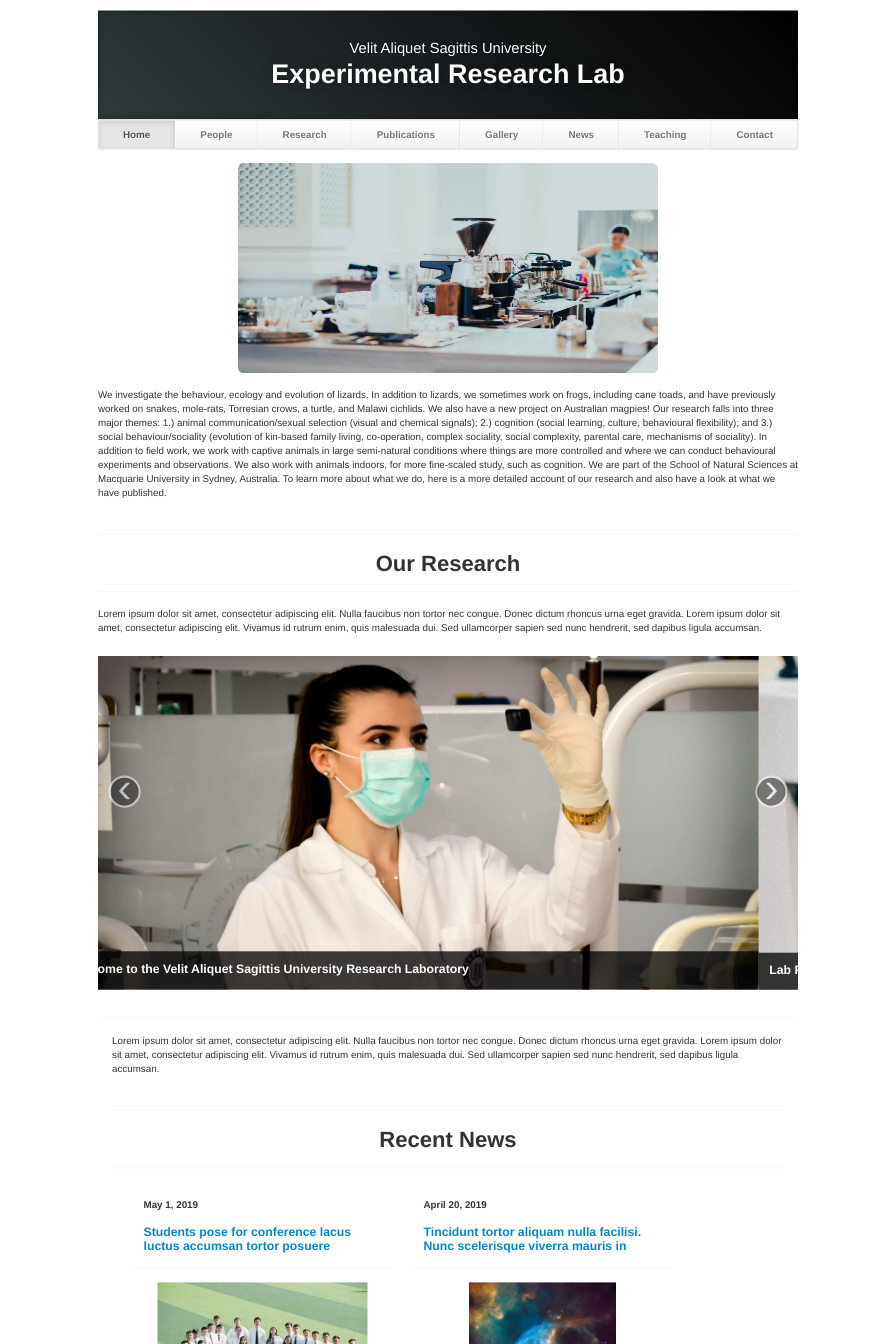
Repository: IAEUC/iaeuc.github.io
Page: index.html
An editor plug-in stored every save of this project. The page is shown before and after the next save, followed by the edit.
The browser window is 1280 px wide. The pictures show the part of the page from y = 0 to 1920 px (the page is 3500 px tall), at 70% of full size.

Above is the page before, as saved 2025-08-07 17:23:38.

### index.html
<!DOCTYPE html>
<html lang="en">
   <head>
      <meta charset="utf-8">
      <title>Generic Research Lab Template - Home</title>
      <meta name="viewport" content="width=device-width, initial-scale=1.0">
      <meta name="description" content="Research Lab, Home, Velit Aliquet Sagittis University">
      <meta name="author" content="">
      <!-- Le styles -->
      <link href="css/bootstrap.min.css" rel="stylesheet">
      <link href="css/bootstrap-responsive.min.css" rel="stylesheet">
      <link href="css/theme.css" rel="stylesheet">
   </head>
   <body>
      <div class="container">
         <header class="jumbotron subhead" id="overview">
            <p class="lead"> Velit Aliquet Sagittis University </p>
            <h1>Experimental Research Lab</h1>
         </header>
         <div class="masthead">
            <div class="navbar">
               <div class="navbar-inner">
                  <div class="container">
                     <ul class="nav">
                        <li class="active"><a href="#">Home</a></li>
                        <li><a href="people.html">People</a></li>
                        <li><a href="research.html">Research</a></li>
                        <li><a href="publications.html">Publications</a></li>
                        <li><a href="gallery.html">Gallery</a></li>
                        <li><a href="news.html">News</a></li>
                        <li><a href="teaching.html">Teaching</a></li>
                        <li><a href="contact.html">Contact</a></li>
                     </ul>
                  </div>
               </div>
            </div>
         </div>

         <div class="row-fluid">
            <div class="span12">
                              <div class="centered" style="margin-bottom: 20px;">
                                 <img src="images/lab-photo.jpg" alt="Research Laboratory" style="max-height: 300px; width: 600px; border-radius: 8px;">
                              </div>
                              <p>
                                We investigate the behaviour, ecology and evolution of lizards. In addition to lizards, we sometimes work on frogs, including cane toads, and have previously worked on snakes, mole-rats, Torresian crows, a turtle, and Malawi cichlids. We also have a new project on Australian magpies! Our research falls into three major themes: 1.) animal communication/sexual selection (visual and chemical signals); 2.) cognition (social learning, culture, behavioural flexibility); and 3.) social behaviour/sociality (evolution of kin-based family living, co-operation, complex sociality, social complexity, parental care, mechanisms of sociality).

                                 In addition to field work, we work with captive animals in large semi-natural conditions where things are more controlled and where we can conduct behavioural experiments and observations. We also work with animals indoors, for more fine-scaled study, such as cognition.

                                 We are part of the School of Natural Sciences at Macquarie University in Sydney, Australia. To learn more about what we do, here is a more detailed account of our research and also have a look at what we have published.
                              </p>
                              <br/>
                           </div>
         </div>
         <div class="row-fluid">
                  <hr>
                  <h2 class="centered">Our Research</h2>
                  <hr>
         </div>
         <div class="row-fluid">
            <div class="span12">
                              <p>
                                 Lorem ipsum dolor sit amet, consectetur adipiscing elit. Nulla faucibus non tortor nec congue.
                                 Donec dictum rhoncus urna eget gravida. Lorem ipsum dolor sit amet, consectetur adipiscing elit.
                                 Vivamus id rutrum enim, quis malesuada dui. Sed ullamcorper sapien sed nunc hendrerit, sed dapibus
                                 ligula accumsan.
                              </p>
                              <br/>
                           </div>
         </div>

         <div class="row-fluid">
            <div class="span12">
               <div id="main-carousel" class="carousel slide">
                  <div class="carousel-inner">
                     <div class="item active">
                        <img src="images/ani-kolleshi-crop3.JPG" class="carousel-image" alt="">
                        <div class="carousel-caption">
                           <h4>Welcome to the Velit Aliquet Sagittis University Research Laboratory</h4>
                           <!-- -->
                           <p></p>
                        </div>
                     </div>
                     <div class="item">
                        <img src="images/microscope-crop1.JPG" class="carousel-image" alt="">
                        <div class="carousel-caption">
                           <h4>Lab Photos</h4>
                           <p></p>
                        </div>
                     </div>
                     <div class="item">
                        <img src="images/building-crop1.JPG" class="carousel-image" alt="">
                        <div class="carousel-caption">
                           <h4>Main Building Photo</h4>
                           <p></p>
                        </div>
                     </div>
                  </div>
                  <a class="left carousel-control" href="#main-carousel" data-slide="prev">‹</a>
                  <a class="right carousel-control" href="#main-carousel" data-slide="next">›</a>
               </div>
            </div>
         </div>
         <hr>
         <div class="container-fluid">
            <div class="row-fluid marketing">
               <div class="span12">
                  <p>
                     Lorem ipsum dolor sit amet, consectetur adipiscing elit. Nulla faucibus non tortor nec congue.
                     Donec dictum rhoncus urna eget gravida. Lorem ipsum dolor sit amet, consectetur adipiscing elit.
                     Vivamus id rutrum enim, quis malesuada dui. Sed ullamcorper sapien sed nunc hendrerit, sed dapibus
                     ligula accumsan.
                  </p>
                  <br/>
               </div>
            </div>
               <div class="row-fluid">
                  <hr>
                  <h2 class="centered">Recent News</h2>
                  <hr>
               </div>
               <div class="span4 feature-item">
                  <h5> <span class="date"> May 1, 2019 </span> </h5>
                  <h4 class="feature-heading">
                     <a href="https://unsplash.com/photos/CPmrdbbpnXg">
                     Students pose for conference lacus luctus accumsan tortor posuere
                     </a>
                     <br/>
                  </h4>
                  <hr>
                  <div class="centered">
                     <a href="https://unsplash.com/photos/CPmrdbbpnXg">
                     <img src="thumbs/jerry-zhang-1281608-unsplash.jpg" alt=""></a>
                  </div>
                  <hr>
                  <p>
                     Lorem ipsum dolor sit amet, consectetur adipiscing elit, sed do eiusmod tempor incididunt ut labore et
                     dolore magna aliqua.
                     Find the proceedings <a href="https://unsplash.com/photos/CPmrdbbpnXg">here</a>.
                  </p>
                  <br/>
                  <br/>
               </div>
               <div class="span4 feature-item">
                  <h5> <span class="date">April 20, 2019</span> </h5>
                  <h4 class="feature-heading">
                     <a href="https://unsplash.com/photos/rTZW4f02zY8">
                     Tincidunt tortor aliquam nulla facilisi. Nunc scelerisque viverra mauris in
                     </a>
                  </h4>
                  <hr>
                  <div class="centered">
                     <a href="https://unsplash.com/photos/rTZW4f02zY8">
                     <img src="thumbs/nasa-89125-unsplash.jpg" alt="">
                     </a>
                  </div>
                  <hr>
                  <p>
                     Read the paper
                     <a href="https://unsplash.com/photos/rTZW4f02zY8">here</a>.
                     Consequat semper viverra nam libero justo laoreet. Commodo odio aenean sed adipiscing diam donec.
                  </p>
                  <br/>
               </div>
               <div class="row-fluid">
                  <div class="span4 feature-item">
                     <h5> <span class="date">October 2, 2018</span> </h5>
                     <h4 class="feature-heading">
                        <a href="http://mechanical.illinois.edu/news/miljkovic-pleased-join-%E2%80%98powerhouse%E2%80%99-illinois">
                        Pretium lectus quam id leo in vitae turpis massa
                        <br/>
                        <br/>
                        </a>
                     </h4>
                     <hr>
                     <div class="centered">
                        <a href="https://unsplash.com/photos/WNk-f-TnZDw">
                        <img src="thumbs/rodolfo-cuadros-762364-unsplash.jpg" alt=""></a>
                     </div>
                     <hr>
                     <p>
                        Tristique senectus et netus et malesuada. Sed viverra tellus in hac habitasse platea dictumst vestibulum rhoncus.
                        Read it <a href="https://unsplash.com/photos/WNk-f-TnZDw">here</a>.
                     </p>
                     <br/>
                  </div>
               </div>
               <hr>
            </div>
            <div class="row-fluid">
               <div class="span4 feature-item">
                  <h4 class="feature-heading"><a href="https://unsplash.com/photos/QvbLjB9pHLM">Lorem ipsum dolor sit amet, consectetur adipiscing elit. Ut sit amet ultrices velit habitasse platea</a></h4>
                  <hr>
                  <div class="centered">
                     <a href="https://unsplash.com/photos/QvbLjB9pHLM"><img src="thumbs/ivanov-crop.JPG" alt=""></a>
                  </div>
                  <hr>
                  <p>Aecenas consectetur vestibulum orci ut vulputate. Aenean cursus finibus pulvinar <a href="https://unsplash.com/photos/QvbLjB9pHLM">here</a>. </p>
                  <br/>
               </div>
               <div class="span4 feature-item">
                  <h4 class="feature-heading"><a href="https://unsplash.com/photos/lQGJCMY5qcM">Maecenas placerat ullamcorper eros a vehicula. Duis mollis tortor ut elit elementum</a></h4>
                  <hr>
                  <div class="centered">
                     <a href="https://unsplash.com/photos/lQGJCMY5qcM"><img src="thumbs/beaker-crop.JPG" alt=""></a>
                  </div>
                  <hr>
                  <p>Read the paper <a href="https://unsplash.com/photos/lQGJCMY5qcM">here</a> </p>
               </div>
               <div class="span4 feature-item">
                  <h4 class="feature-heading"><a href="https://unsplash.com/photos/QCbZ4ASLhM8">Fusce tempor placerat felis, et placerat sapien lacinia sit amet<br/><br/><br/></a></h4>
                  <hr>
                  <div class="centered">
                     <a href="https://unsplash.com/photos/QCbZ4ASLhM8"><img src="thumbs/sato-chart.JPG" alt=""></a>
                  </div>
                  <hr>
                  <p> Aenean posuere, nulla ut placerat fringilla, dolor dolor pellentesque metus. Read the paper <a href="https://unsplash.com/photos/QCbZ4ASLhM8">here</a>.</p>
                  <br/>
                  <br/>
                  <br/>
               </div>
            </div>
         </div>
      </div>
      <footer id="footer">
         <div class="container-fluid">
            <div class="row-fluid">
               <div class="span5">
                  <h3>Contact Information</h3>
                  <p><b>Office Hours: </b>Monday-Friday (8.00am - 5.00pm)</p>
                  <p><b>Phone: </b>999-999-9999</p>
                  <p><b>Cell: </b>999-999-9999</p>
                  <a href="mailto:your.email@uni.edu">Email</a>
               </div>
               <div class="span2">
                  <a href="https://mybrandnewlogo.com/"><img src = "thumbs/generic-logo.JPG" alt="research-lab-logo"/></a>
               </div>
               <div class="span5">
                  <h3>Address</h3>
                  <p>9999 Generic Research Laboratory<br>
                     999 Fake Street Avenue<br>
                     City, State<br>
                     Country ZIP
                  </p>
                  <a href="http://maps.google.com/">Show Map</a>
               </div>
            </div>
         </div>
      </footer>

      <!-- Javascript files -->
      <script src="js/jquery-1.9.1.min.js"></script>
      <script src="js/bootstrap.min.js"></script>
      <script> $('#main-carousel').carousel(); </script>
   </body>
</html>

### css/theme.css
body {
	padding-top: 15px;
	padding-bottom: 0px;
}


/* Custom container */

.container {
	margin: 0 auto;
	max-width: 1000px;
}

.container>hr {
	margin: 20px 0
}


/* Customize the navbar links to be fill the entire space of the .navbar */

.navbar .navbar-inner {
	padding: 0
}

.navbar .nav {
	margin: 0;
	display: table;
	width: 100%;
}

.navbar .nav li {
	display: table-cell;
	width: 1%;
	float: none;
}

.navbar .nav li a {
	font-weight: bold;
	text-align: center;
	border-left: 1px solid rgba(255, 255, 255, .75);
	border-right: 1px solid rgba(0, 0, 0, .1);
}

.navbar .nav li:first-child a {
	border-left: 0;
	border-radius: 3px 0 0 3px;
}

.navbar .nav li:last-child a {
	border-right: 0;
	border-radius: 0 3px 3px 0;
}

body>.navbar {
	font-size: 13px
}


/* Change the docs' brand */

body>.navbar .brand {
	padding-right: 0;
	padding-left: 0;
	margin-left: 20px;
	float: right;
	font-weight: bold;
	color: #000;
	text-shadow: 0 1px 0 rgba(255, 255, 255, .1), 0 0 30px rgba(255, 255, 255, .125);
	-webkit-transition: all .2s linear;
	-moz-transition: all .2s linear;
	transition: all .2s linear;
}

body>.navbar .brand:hover {
	text-decoration: none;
	text-shadow: 0 1px 0 rgba(255, 255, 255, .1), 0 0 30px rgba(255, 255, 255, .4);
}


/* Sidenav for Docs
         -------------------------------------------------- */

@media screen and (max-width: 768px) {
	.bs-docs-sidenav {
		display: none !important;
	}
}

.bs-docs-sidenav {
	width: 228px;
	margin: 30px 0 0;
	padding: 0;
	background-color: #fff;
	-webkit-border-radius: 6px;
	-moz-border-radius: 6px;
	border-radius: 6px;
	-webkit-box-shadow: 0 1px 4px rgba(0, 0, 0, .065);
	-moz-box-shadow: 0 1px 4px rgba(0, 0, 0, .065);
	box-shadow: 0 1px 4px rgba(0, 0, 0, .065);
}

.bs-docs-sidenav>li>a {
	display: block;
	width: 200px;
	margin: 0 0 -1px;
	padding: 8px 14px;
	border: 1px solid #e5e5e5;
}

.bs-docs-sidenav>li>a.subhead {
	display: block;
	width: 168px;
	margin: 0 0 -1px;
	padding: 8px 30px;
	border: 1px solid #e5e5e5;
	font-size: 12px;
}

.bs-docs-sidenav>li:first-child>a {
	-webkit-border-radius: 6px 6px 0 0;
	-moz-border-radius: 6px 6px 0 0;
	border-radius: 6px 6px 0 0;
}

.bs-docs-sidenav>li:last-child>a {
	-webkit-border-radius: 0 0 6px 6px;
	-moz-border-radius: 0 0 6px 6px;
	border-radius: 0 0 6px 6px;
}

.bs-docs-sidenav>.active>a {
	position: relative;
	z-index: 2;
	padding: 9px 15px;
	border: 0;
	text-shadow: 0 1px 0 rgba(0, 0, 0, .15);
	-webkit-box-shadow: inset 1px 0 0 rgba(0, 0, 0, .1), inset -1px 0 0 rgba(0, 0, 0, .1);
	-moz-box-shadow: inset 1px 0 0 rgba(0, 0, 0, .1), inset -1px 0 0 rgba(0, 0, 0, .1);
	box-shadow: inset 1px 0 0 rgba(0, 0, 0, .1), inset -1px 0 0 rgba(0, 0, 0, .1);
}

.bs-docs-sidenav>li>a:hover {
	background-color: #f5f5f5
}

.bs-docs-sidenav a:hover .icon-chevron-right {
	opacity: .5
}

.bs-docs-sidenav.affix {
	top: 10px
}

.bs-docs-sidenav.affix-bottom {
	position: absolute;
	top: auto;
	bottom: 270px;
}


/* Responsive
         -------------------------------------------------- */

.affix {
	top: 0px
}

#media {
	margin-top: 70px
}

#media .header {
	margin-left: 0;
	margin-bottom: 56px;
	margin-top: 30px;
}

#media .post_row {
	margin-left: 0;
	margin-bottom: 40px;
}

#media .lastpost_row {
	margin-bottom: 0
}

#media .post_row .post {
	background: #fff;
	/*margin-left: 0;;
    margin-right: 20px;*/
	border-radius: 4px;
	box-shadow: 1px 1px 2px 0px #E0E0E0;
	width: 487px;
	height: 616px;
}

#media .post_row .last {
	margin-right: 0
}

#media .post_row .post .img {
	position: relative;
	text-align: center;
}

#media .post_row .post .img .date {
	background: #E8554E;
	position: absolute;
	padding: 2px 5px;
	top: 0;
	left: 11px;
}

#media .post_row .post .img .date p {
	color: #fff;
	font-size: 14px;
	font-weight: bold;
	font-style: italic;
	margin: 0;
}

#media .post_row .post .img img {
	height: 275px;
	width: 410px;
}

#media .post_row .post .text {
	margin: 18px auto 0;
	width: 83%;
}

#media .post_row .post .text h5 {
	margin: 0 0 8px 0;
	font-size: 20px;
	line-height: 23px;
}

#media .post_row .post .text h5 a {
	color: #333
}

#media .post_row .post .text span.date {
	color: #9F9F9F;
	display: block;
	margin-bottom: 12px;
	font-style: italic;
	font-size: 13px;
}

#media .post_row .post .text p {
	margin: 0;
	line-height: 21px;
	font-size: 14px;
}

#media .post_row .post .author_box {
	margin: 12px auto 20px;
	border-top: 1px solid #EDEDED;
	overflow: hidden;
	text-align: left;
	width: 85%;
	padding-top: 12px;
}

#media .post_row .post .author_box h6 {
	margin: 0 0 3px 0;
	font-size: 13px;
	line-height: 15px;
	font-style: italic;
	font-weight: normal;
	color: #B2B2B2;
}

#media .post_row .post .author_box p {
	color: #B2B2B2;
	font-style: italic;
	font-size: 13px;
	line-height: 14px;
	margin: 0;
}

#media .post_row .post .author_box img {
	float: right
}

#media .post_row .post a.plus_wrapper {
	width: 99%;
	text-align: center;
	background: #fff;
	display: none;
	border-radius: 0px 0px 4px 4px;
	padding: 6px 0px 2px;
	margin: 0 auto 1px;
}

#media .post_row .post a.plus_wrapper span {
	color: #1189D9;
	font-size: 30px;
	font-weight: bold;
}

#media .post_row .post:hover a.plus_wrapper {
	display: block
}

#media .post_row .post:hover {
	box-shadow: 0px 1px 5px 1px rgb(216, 216, 216)
}

#media .post_row .post:hover .text h5 a {
	color: #1189D9
}

.map .box_wrapp {
	position: absolute;
	margin: 15px auto;
	box-shadow: 0 0 7px 0 rgba(26, 26, 26, 0.4);
	padding: 30px 0 30px;
	background: white;
	border-radius: 4px;
	margin-top: 25px;
}

.map .box_wrapp .box_cont {
	margin: 30px auto;
	width: 76%;
}

.section-header {
	text-align: center;
	margin-bottom: 35px;
}

.section-header h1,
.title-text {
	font-weight: bold;
	font-size: 30px;
	margin: 12.5px 0;
	font-weight: 100;
	margin-bottom: 25px;
	line-height: 55px;
}

.feature-item:hover {
	box-shadow: 0px 1px 5px 1px rgb(216, 216, 216)
}

.feature-item img {
	margin-left: 15px;
	margin-right: 15px;
	max-width: 90%;
	height: 200px;
}

.feature-item h5 {
	margin-left: 15px;
	margin-right: 15px;
	margin-top: 20px;
	margin-bottom: 20px;
}

.feature-item p {
	margin-left: 15px;
	margin-right: 15px;
}

.feature-heading {
	margin-top: 20px;
	margin-bottom: 20px;
	margin-left: 15px;
	margin-right: 15px;
}

.feature-heading a:hover {
	text-decoration: none;
}

.feature-button {
	font-size: 16px;
	background-image: none;
	box-shadow: none;
	margin-bottom: 10px;
}

.centered {
	text-align: center;
}

.subhead {
	text-align: left;
	border-bottom: 1px solid #ddd;
}

.jumbotron {
	position: relative;
	padding: 45px 0px 35px 0px;
	color: #fff;
	text-align: center;
	text-shadow: 0 1px 3px rgba(0, 0, 0, .4), 0 0 30px rgba(0, 0, 0, .075);
	background: #30393C;
	background: -moz-linear-gradient(45deg, #30393C 0%, #000000 100%);
	background: -webkit-gradient(linear, left bottom, right top, color-stop(0%, #30393C), color-stop(100%, #30393C));
	background: -webkit-linear-gradient(45deg, #30393C 0%, #000000 100%);
	background: -o-linear-gradient(45deg, #30393C 0%, #000000 100%);
	background: -ms-linear-gradient(45deg, #30393C 0%, #000000 100%);
	background: linear-gradient(45deg, #30393C 0%, #000000 100%) repeat;
	-webkit-box-shadow: inset 0 3px 7px rgba(0, 0, 0, .2), inset 0 -3px 7px rgba(0, 0, 0, .2);
	-moz-box-shadow: inset 0 3px 7px rgba(0, 0, 0, .2), inset 0 -3px 7px rgba(0, 0, 0, .2);
	box-shadow: inset 0 3px 7px rgba(0, 0, 0, .2), inset 0 -3px 7px rgba(0, 0, 0, .2);
}

.jumbotron:after {
	content: '';
	display: block;
	position: absolute;
	top: 0;
	right: 0;
	bottom: 0;
	left: 0;
	opacity: .4;
}

.lead {
	margin-bottom: 0px;
	font-size: 21px;
	font-weight: 200;
	line-height: 15px;
}

img.float-left {
	float: left;
	margin-top: 9px;
	margin-left: 0px;
	margin-right: 30px;
	margin-bottom: 12px;
}

img.float-right {
	float: right;
	margin-top: 9px;
	margin-right: 0px;
	margin-bottom: 12px;
	margin-left: 30px;
}

img.publications-thumb {
	width: 142px;
	height: 188px;
}

.caption {
	margin: 10px;
}

.responsive-video {
	position: relative;
	padding-bottom: 56.25%;
	padding-top: 60px;
	overflow: hidden;
}

.responsive-video iframe,
.responsive-video object,
.responsive-video embed {
	position: absolute;
	top: 0;
	left: 0;
	width: 93.5%;
	height: 93.5%;
}

.video-caption {
	margin: 10px;
}

.accordion {
	margin-bottom: 20px;
	margin-right: 40px;
}

.thumbnail>img.sponsor {
	width: 212px;
	height: 150px;
}

img.carousel-image {
	width: 100%;
}

li.publication {
	margin-bottom: 20px;
}

.page-header h3 a:hover {
	text-decoration: none;
}

iframe.map-frame {
	border: none;
	overflow: hidden;
	margin-top: 10px;
	margin-bottom: 10px;
	margin-left: 0px;
	margin-right: 0px;
	height: 550px;
	width: 100%;
}

ul.sponsors {
	margin-top: 40px;
	margin-bottom: 40px;
}

#footer {
	z-index: 10;
	margin-top: 50px;
	margin-bottom: 0px;
	padding-bottom: 25px;
	border-top-width: 8px;
	border-top-style: solid;
	border-top-color: #2F2F2F;
	background-color: #000000;
	border: 0;
	font-size: 100%;
	font: inherit;
	vertical-align: baseline;
	text-align: center;
}

#footer h3 {
	font-size: 19px;
	text-transform: uppercase;
	font-family: BebasNeueRegular;
	color: #8DBECE;
	border-bottom-width: 1px;
	border-bottom-style: solid;
	border-bottom-color: #30393C;
	line-height: 35px;
	margin-bottom: 20px;
	margin-top: 25px;
	font-weight: normal;
}

#footer a img {
	margin-top: 40px;
}

#footer p,
#footer address {
	color: #8F8F8F;
	font-size: 11px;
}

Loaded but not shown: css/bootstrap.min.css (library); css/bootstrap-responsive.min.css (library); js/jquery-1.9.1.min.js (library); js/bootstrap.min.js (library)

After the next save:
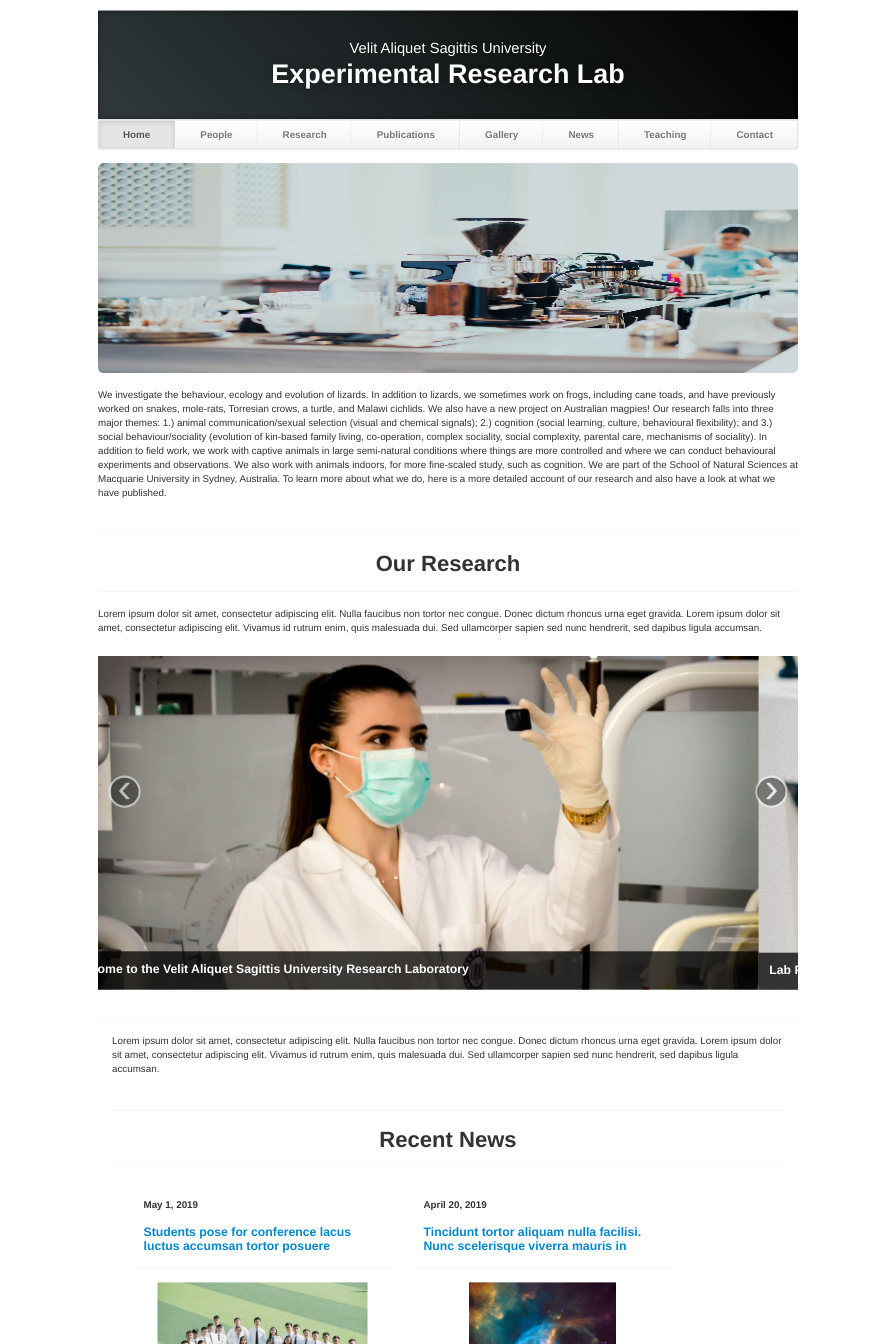
Saved 6 s later.
--- a/index.html
+++ b/index.html
@@ -39,7 +39,7 @@
          <div class="row-fluid">
             <div class="span12">
                               <div class="centered" style="margin-bottom: 20px;">
-                                 <img src="images/lab-photo.jpg" alt="Research Laboratory" style="max-height: 300px; width: 600px; border-radius: 8px;">
+                                 <img src="images/lab-photo.jpg" alt="Research Laboratory" style="max-height: 300px; width: 1200px; border-radius: 8px;">
                               </div>
                               <p>
                                 We investigate the behaviour, ecology and evolution of lizards. In addition to lizards, we sometimes work on frogs, including cane toads, and have previously worked on snakes, mole-rats, Torresian crows, a turtle, and Malawi cichlids. We also have a new project on Australian magpies! Our research falls into three major themes: 1.) animal communication/sexual selection (visual and chemical signals); 2.) cognition (social learning, culture, behavioural flexibility); and 3.) social behaviour/sociality (evolution of kin-based family living, co-operation, complex sociality, social complexity, parental care, mechanisms of sociality).
